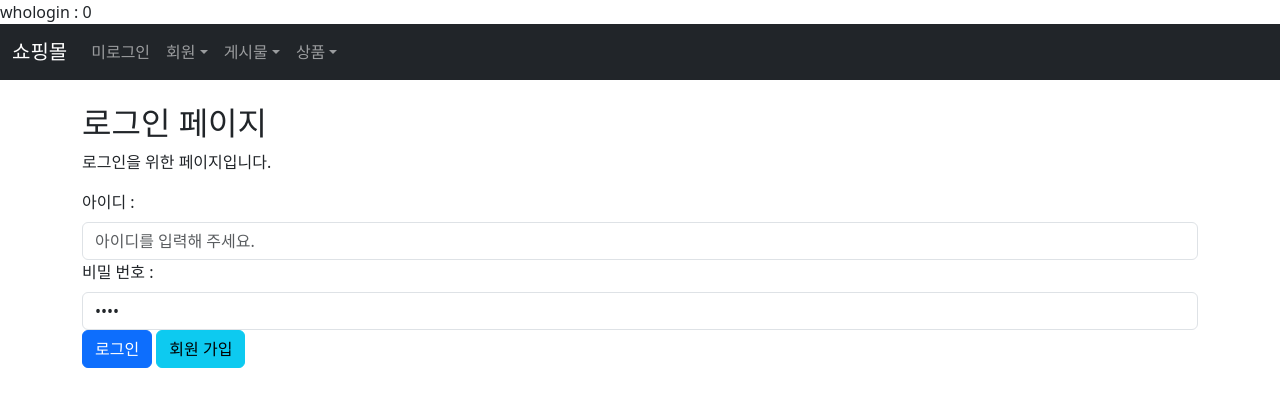
Repository: Sain-Clair/Team5
Page: http://localhost/Student/member/meLoginForm.jsp
These files come from the project's save history. The page is drawn as it stood at one moment and after the next save; the edit follows.
The browser window is 1280 px wide. The pictures show the whole page.
The page is served by Tomcat 9. Other server files are loaded and not shown.

Above is the page before, as saved 2023-09-06 07:55:51.

### Student/src/main/webapp/member/meLoginForm.jsp
<%@ page language="java" contentType="text/html; charset=UTF-8"
    pageEncoding="UTF-8"%>

<%@ include file="/common/common.jsp" %>
<%@ include file="/common/bootstrap5.jsp" %>

<!DOCTYPE html>
<html>
<head>
	<meta charset="UTF-8">
	<title>로그인 폼</title>
	<script type="text/javascript">
		$(document).ready(function() {
			var tooltipTriggerList = [].slice.call(document.querySelectorAll('[data-bs-toggle="tooltip"]'))
			var tooltipList = tooltipTriggerList.map(function (tooltipTriggerEl) {
				return new bootstrap.Tooltip(tooltipTriggerEl)
			});
		});

	</script>
</head>
<body>
	<br/>
	<div class="container">
		<h2>로그인 페이지</h2>
		<p>로그인을 위한 페이지입니다.</p>
		<form action="<%=withFormTag%>" method="post">
			<input type="hidden" name="command" value="meLogin">
			<div>
				<label for="id" class="form-label">아이디 :</label>
				<input type="text" class="form-control" id="id" name="id"
					placeholder="아이디를 입력해 주세요."
					data-bs-toggle="tooltip" title="아이디는 3글자 이상 10글자 이하이어야 합니다."
					data-bs-placement="top">
			</div>
			<div>
				<label for="password" class="form-label">비밀 번호 :</label>
				<input class="form-control" type="password" id="password" name="password" value="1234">
			</div>

			<!-- contextual class : btn-primary, btn-info, btn-danger -->
			<button type="submit" class="btn btn-primary">로그인</button>
			<a type="button" href="meInsertForm.jsp" class="btn btn-info">회원 가입</a>
		</form>
	</div>
</body>
</html>

### Student/src/main/webapp/common/common.jsp
<%@page import="com.shopping.model.bean.Member"%>
<%@ page language="java" contentType="text/html; charset=UTF-8"
	pageEncoding="UTF-8"%>

<%
	// appName : 애플리케이션 이름(프로젝트 이름_Student)
	String appName = request.getContextPath();
	// in FrontController.java file
	String mappingName = "/Shopping";

	// form 태그에서 사용할 변수
	String withFormTag = appName + mappingName;

	// form 태그가 아닌 영역에서 사용할 변수 <a>
	String notWithFormTag = appName + mappingName +"?command=";

	/* out.print("프로젝트 이름 : " + appName + "<br/>") ;
	out.print("mappingName:" + mappingName +"<br/>");
	out.print("withFormTag:" + withFormTag +"<br/>");
	out.print("notWithFormTag:" + notWithFormTag +"<br/>"); */
%>

<%@page import="java.util.*"%>

<%-- jstl을 위한 태그 라이브러리 선언 --%>
<%@ taglib prefix="c" uri="http://java.sun.com/jsp/jstl/core" %>
<%@ taglib prefix="fn" uri="http://java.sun.com/jsp/jstl/functions" %>

<%-- include file="bootstrap5.jsp" --%>
<%
	// 이 코드들은 차후 삭제 예정
	/*Member mem = new Member() ;
	mem.setId("hong") ; // admin  hong
	mem.setName("홍길동") ; // 관리자  홍길동
	session.setAttribute("loginfo", mem);
	session.setAttribute("loginfo", null); // 미로그인

	// 경고성 Alert Box
	session.setAttribute("alertMessage", "아이디/비번 정보를 잘못 입력하셨습니다.");
	session.setAttribute("alertMessage", null);*/
%>

<!-- whologin 변수는 현재 로그인 상태를 알려 주는 변수입니다. -->
<!-- 미로그인(0) 일반 사용자(1) 관리자(2) -->
<c:set var="whologin" value="0"/>
<c:if test="${not empty sessionScope.loginfo}">
	<c:if test="${sessionScope.loginfo.id == 'admin'}">
		<c:set var="whologin" value="2"/>
	</c:if>
	<c:if test="${sessionScope.loginfo.id != 'admin'}">
		<c:set var="whologin" value="1"/>
	</c:if>
</c:if>
whologin : ${whologin}


<!DOCTYPE html>
<html>
<head>
	<meta charset="UTF-8">
	<title>Insert title here</title>
	<!-- 이 파일은 모든 문서에서 공용으로 참조할 파일입니다.  -->
	<!-- 자바 관련 변수 및 패키지 임포트, 네비게이션 바, jstl 등등 -->
	<!-- for sweet alert -->
	<script src="${pageContext.request.contextPath}/js/sweetalert.js"></script>
	<style>
		.alert-dismissible{margin: 10px;}
	</style>
</head>
<body>
	<nav class="navbar navbar-expand-sm bg-dark navbar-dark">
		<div class="container-fluid">
			<a class="navbar-brand" href="#">쇼핑몰</a>
			<button class="navbar-toggler" type="button"
				data-bs-toggle="collapse" data-bs-target="#collapsibleNavbar">
				<span class="navbar-toggler-icon"></span>
			</button>
			<div class="collapse navbar-collapse" id="collapsibleNavbar">
				<ul class="navbar-nav">
					<li class="nav-item">
						<c:if test="${whologin eq 0}">
							<a class="nav-link" href="#">미로그인</a>
						</c:if>
						<c:if test="${whologin ne 0}">
							<a class="nav-link" href="#">${sessionScope.loginfo.name}님</a>
						</c:if>
					</li>

					<!-- member section -->
					<li class="nav-item dropdown">
						<a class="nav-link dropdown-toggle" href="#" role="button"
							data-bs-toggle="dropdown">회원</a>
						<ul class="dropdown-menu">
							<c:if test="${whologin eq 0}"><!-- href 띄어쓰기 x -->
								<li><a class="dropdown-item" href="<%=notWithFormTag%>meInsert">회원 가입</a></li>
								<li><a class="dropdown-item" href="<%=notWithFormTag%>meLogin">로그인</a></li>
							</c:if>
							<c:if test="${whologin ne 0}">
								<li><a class="dropdown-item" href="#">정보 수정</a></li>
								<li><a class="dropdown-item" href="<%=notWithFormTag%>meLogout">로그아웃</a></li>
								<li><a class="dropdown-item" href="<%=notWithFormTag%>meDetail&id=${sessionScope.loginfo.id}">상세보기</a></li>
								<li><a class="dropdown-item" href="#">탈퇴하기</a></li>
							</c:if>
							<c:if test="${whologin eq 2}">
								<li><a class="dropdown-item" href="<%=notWithFormTag%>meList">목록 보기</a></li>
							</c:if>
						</ul>
					</li>

					<!-- board section -->
					<li class="nav-item dropdown">
						<a class="nav-link dropdown-toggle" href="#" role="button"
							data-bs-toggle="dropdown">게시물</a>
						<ul class="dropdown-menu">
							<c:if test="${whologin ne 0}">
								<li><a class="dropdown-item" href="<%=notWithFormTag%>boInsert">게시물 등록</a></li>
							</c:if>
							<li><a class="dropdown-item" href="<%=notWithFormTag%>boList">목록 보기</a></li>
						</ul>
					</li>
					<!-- product section -->
					<li class="nav-item dropdown">
						<a class="nav-link dropdown-toggle" href="#" role="button"
							data-bs-toggle="dropdown">상품</a>
						<ul class="dropdown-menu">
							<c:if test="${whologin eq 2}">
								<li><a class="dropdown-item" href="<%=notWithFormTag%>prInsert">상품 등록</a></li>
							</c:if>
							<li><a class="dropdown-item" href="<%=notWithFormTag%>prList">목록 보기</a></li>
						</ul>
					</li>

				</ul>
			</div>
		</div>
	</nav>

	<c:if test="${not empty sessionScope.alertMessage}">
		<%-- 사용자에게 주의/경고/오류 등을 알려 주기 위한 Alert Box --%>
		<div class="alert alert-danger alert-dismissible">
	    	<button type="button" class="btn-close" data-bs-dismiss="alert"></button>
	    	<strong>😂😒😂😒😂😒😂😒😂😒😂😒😂😒😂😒😂😒</strong> ${sessionScope.alertMessage}
	  	</div>
	</c:if>
	<%-- 보여준 Alert Box를 session 영역에서 제거합니다. --%>
	<c:remove var="alertMessage" scope="session"/>
</body>
</html>

### Student/src/main/webapp/common/bootstrap5.jsp
<%@ page language="java" contentType="text/html; charset=UTF-8"
    pageEncoding="UTF-8"%>
<!DOCTYPE html>
<html>
<head>
	<meta charset="UTF-8">
	<meta name="viewport" content="width=device-width, initial-scale=1">
	<title>Insert title here</title>
	<!-- 이 파일은 부트 스트랩5를 사용하기 위한 공용 파일입니다. -->
	<!-- 부트 스트랩이 제이 쿼리를 참조하므로 반드시 jquery.js 선언이 먼저 되어야 합니다. -->
	<script type="text/javascript" src="${pageContext.request.contextPath}/js/jquery.js"></script>
	<script type="text/javascript" src="${pageContext.request.contextPath}/js/bootstrap.min.js"></script>
	<link rel="stylesheet" href="${pageContext.request.contextPath}/css/bootstrap.min.css">

	<link rel="stylesheet" href="${pageContext.request.contextPath}/css/jquery-ui.css">
  	<script type="text/javascript" src="${pageContext.request.contextPath}/js/jquery-ui.js"></script>
</head>
<body>

</body>
</html>

Loaded but not shown: Student/src/main/webapp/js/sweetalert.js (library); Student/src/main/webapp/js/jquery.js (library); Student/src/main/webapp/js/bootstrap.min.js (library); Student/src/main/webapp/css/bootstrap.min.css (library); Student/src/main/webapp/css/jquery-ui.css (library); Student/src/main/webapp/js/jquery-ui.js (library)

After the next save:
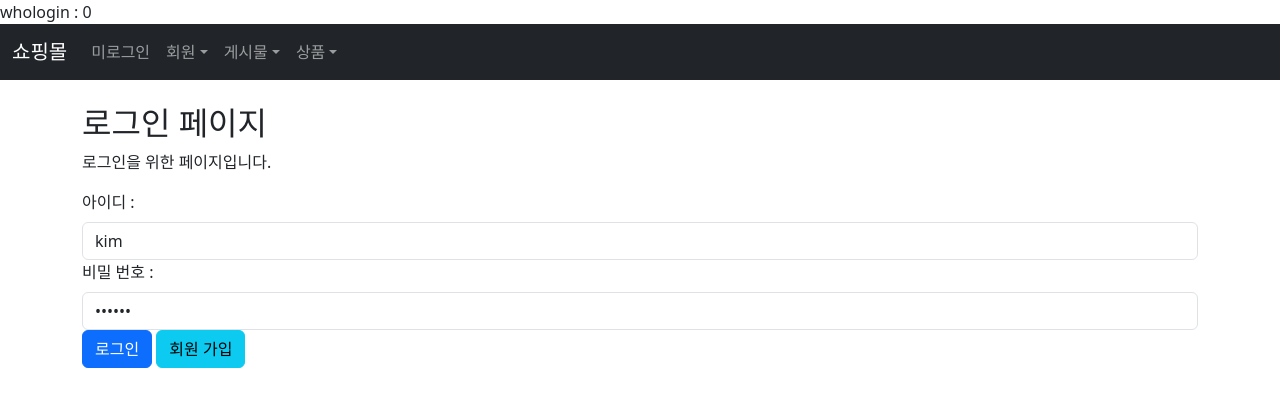
Saved 26 s later.
--- a/Student/src/main/webapp/member/meLoginForm.jsp
+++ b/Student/src/main/webapp/member/meLoginForm.jsp
@@ -8,7 +8,7 @@
 <html>
 <head>
 	<meta charset="UTF-8">
-	<title>로그인 폼</title>
+	<title>Insert title here</title>
 	<script type="text/javascript">
 		$(document).ready(function() {
 			var tooltipTriggerList = [].slice.call(document.querySelectorAll('[data-bs-toggle="tooltip"]'))
@@ -16,7 +16,6 @@
 				return new bootstrap.Tooltip(tooltipTriggerEl)
 			});
 		});
-
 	</script>
 </head>
 <body>
@@ -31,11 +30,12 @@
 				<input type="text" class="form-control" id="id" name="id"
 					placeholder="아이디를 입력해 주세요."
 					data-bs-toggle="tooltip" title="아이디는 3글자 이상 10글자 이하이어야 합니다."
-					data-bs-placement="top">
+					data-bs-placement="top" value="kim">
 			</div>
 			<div>
 				<label for="password" class="form-label">비밀 번호 :</label>
-				<input class="form-control" type="password" id="password" name="password" value="1234">
+				<input class="form-control" type="password"
+					id="password" name="password" value="abc123">
 			</div>
 
 			<!-- contextual class : btn-primary, btn-info, btn-danger -->
